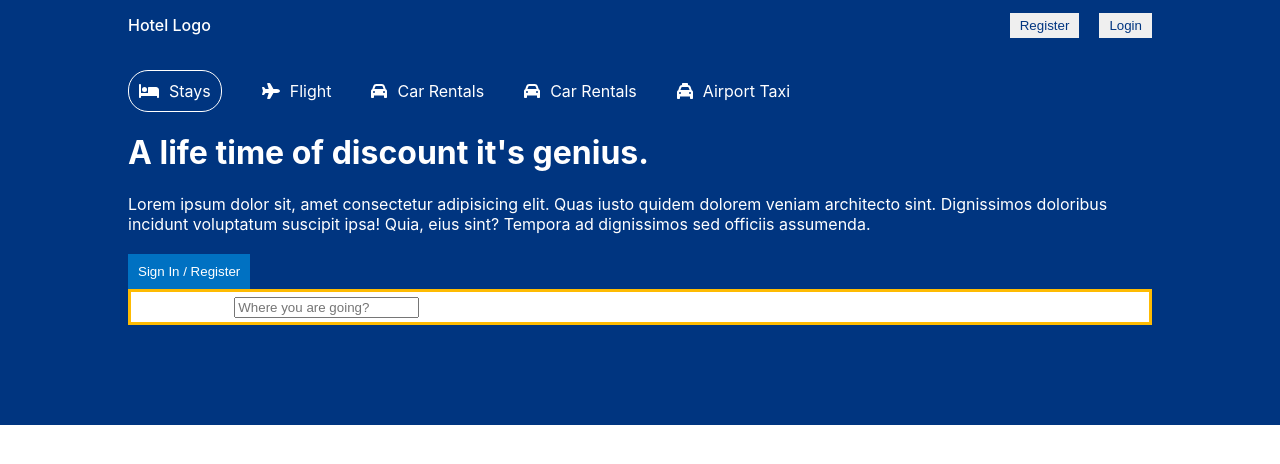
Repository: shikubro90/Booking-App
Page: /
These files come from the project's save history. The page is drawn as it stood at one moment and after a run of saves; the edit follows.
The browser window is 1280 px wide. The pictures show the whole page.
The project was rebuilt for these pictures with package versions that can differ from the ones it lists, and the page was loaded fresh each time. Also part of the build but not shown: src/App.css, src/pages/Hotels/Hotels.jsx. Imported but missing from the stored project, and not drawn on this page: src/pages/List/List.

Above is the page before, as saved 2022-06-29 00:24:58.

### src/App.js
import './App.css';
import {
  BrowserRouter,
  Routes,
  Route,
} from "react-router-dom";

import Home from './pages/Home/Home';
import List from './pages/List/List';
import Hotels from './pages/Hotels/Hotels';

function App() {
  return (
    <BrowserRouter>
      <Routes>
        <Route path='/' element={<Home/>}/>
        <Route path='hotels' element={<List/>}/>
        <Route path='hotels/:id' element={<Hotels/>}/>
      </Routes>
    </BrowserRouter>
  );
}

export default App;

### src/pages/Home/Home.jsx
import React from 'react';
import Header from '../../components/Header/Header';
import Navbar from '../../components/Navbar/Navbar';

const Home = () => {
    return (
        <div>
            <Navbar/>
            <Header/>
        </div>
    );
};

export default Home;

### src/components/Header/Header.jsx
import { faCalendarDays } from '@fortawesome/free-regular-svg-icons';
import { faBed, faCar, faPlane, faTaxi } from '@fortawesome/free-solid-svg-icons';
import { FontAwesomeIcon } from '@fortawesome/react-fontawesome';
import './Header.css';

const Header = () => {
    return (
        <div className="header">
            <div className="headerContainer">
                <div className="headerList">
                    <div className="headerListItem active">
                        <FontAwesomeIcon icon={faBed} />
                        <span>Stays</span>
                    </div>
                    <div className="headerListItem">
                        <FontAwesomeIcon icon={faPlane} />
                        <span>Flight</span>
                    </div>
                    <div className="headerListItem">
                        <FontAwesomeIcon icon={faCar} />
                        <span>Car Rentals</span>
                    </div>
                    <div className="headerListItem">
                        <FontAwesomeIcon icon={faCar} />
                        <span>Car Rentals</span>
                    </div>
                    <div className="headerListItem">
                        <FontAwesomeIcon icon={faTaxi} />
                        <span>Airport Taxi</span>
                    </div>
                </div>
                {/* End headerListing */}

                <h1 className="headerTitle">
                    A life time of discount it's genius.
                </h1>
                <div className="headerDescription">
                    Lorem ipsum dolor sit, amet consectetur adipisicing elit. Quas iusto quidem dolorem veniam architecto sint. Dignissimos doloribus incidunt voluptatum suscipit ipsa! Quia, eius sint? Tempora ad dignissimos sed officiis assumenda.
                </div>
                <button className='headerButton'>Sign In / Register</button>

                <div className="headerSearch">
                    <div className="headerSearchItem">
                        <FontAwesomeIcon icon={faBed} className="headerIcon" />
                        <input type="text" placeholder='Where you are going?' className='headerSearchInput' />
                    </div>
                    {/* headerSearchItem */}
                    <div className="headerSearchItem">
                        <FontAwesomeIcon icon={faCalendarDays} className="headerIcon" />
                        <span className='headerSearchText'>date to date</span>
                    </div>
                    {/* headerSearchItem */}
                    <div className="headerSearchItem">
                        <FontAwesomeIcon icon={faBed} className="headerIcon" />
                        <span className='headerSearchText'>2 adults 2 children 1room </span>
                    </div>
                    {/* headerSearchItem */}
                </div>
                {/* HeaderSearch */}

            </div>
            {/* End headerContainer */}
        </div>
        // End header
    );
};

export default Header;

### src/components/Navbar/Navbar.jsx
import  './Navbar.css';

const Navbar = () => {
    return (
        <div className='navbar'>
            <div className="navContainer">
                <span className="logo">
                    Hotel Logo
                </span>
                {/* End Logo */}

                <div className="navItems">
                    <button className='navButton'>Register</button>
                    <button className='navButton'>Login</button>
                </div>
            </div>
            {/* End navContainer */}
        </div>
        // End Navbar
    );
};

export default Navbar;

### src/components/Header/Header.css
.header{
    background: #003580;
    color: white;
    display: flex;
    justify-content: center;
}

.headerContainer{
    width: 100%;
    max-width: 1024px;
    margin: 20px 0 100px 0;
}

.headerList{
    display: flex;
    gap: 40px;
    margin-bottom: 20px;
}

.headerListItem{
    display: flex;
    align-items: center;
    gap: 10px;
}

.headerListItem.active{
    border: 1px solid white;
    padding: 10px;
    border-radius: 20px;
}

.headerDescription{
    margin: 20px 0px;
}

.headerButton{
    background: #0071c2;
    color: white;
    border: none;
    padding: 10px;
}

.headerSearch{
    background: white;
    height: 30px;
    border: 3px solid #febb02;
    display: flex;
    align-items: center;
    justify-content: space-around;
}

.headerIcon{

}

### src/components/Navbar/Navbar.css
.navbar{
    height: 50px;
    background-color: #003580;
    display: flex;
    justify-content: center;
}

.navContainer{
    width: 100%;
    max-width: 1024px;
    color: white;
    display: flex;
    align-items: center;
    justify-content: space-between;
}

.logo{
    font-weight: 500;
}

.navButton{
    margin-left: 20px;
    border: none;
    padding: 5px 10px;
    color: #003580;
    cursor: pointer;
}

Loaded but not shown: public/index.html (common file); src/index.js (common file); src/index.css (common file); src/reportWebVitals.js (common file)

After the next 3 saves:
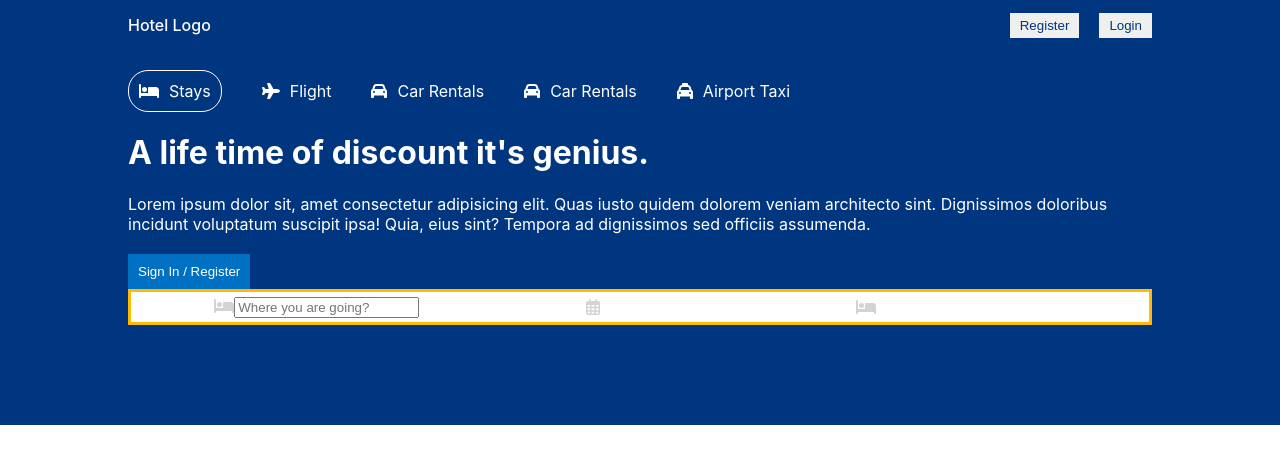
The 3 saves are shown as one change because they came seconds apart.
The last was saved 16 s later.
--- a/src/components/Header/Header.css
+++ b/src/components/Header/Header.css
@@ -50,5 +50,5 @@
 }
 
 .headerIcon{
-
+    color: lightgray;
 }
